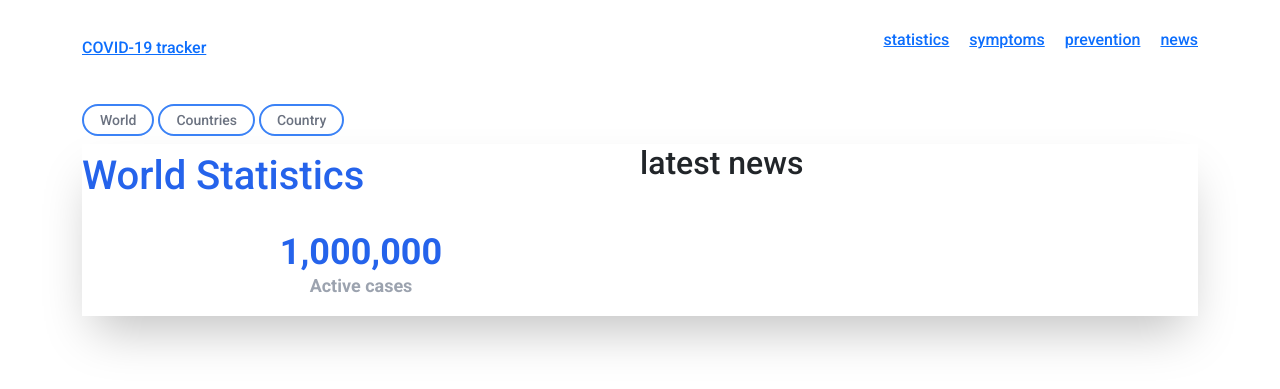
Repository: latenightsnacc/covid-19tracker
Page: design/index.html
An editor plug-in stored every save of this project. The page is shown before and after the next save, followed by the edit.
The browser window is 1280 px wide. The pictures show the whole page.
Some web libraries are served in a nearby version.

Above is the page before, as saved 2021-07-22 16:33:53.

### design/index.html
<!DOCTYPE html>
<html lang="en">
<head>
    <meta charset="UTF-8">
    <meta http-equiv="X-UA-Compatible" content="IE=edge">
    <meta name="viewport" content="width=device-width, initial-scale=1.0">
    <!--Tailwind Css-->
    <link href="https://unpkg.com/tailwindcss@^2/dist/tailwind.min.css" rel="stylesheet">
    <!--Bootstrap CSS-->
    <link href="https://cdn.jsdelivr.net/npm/bootstrap@5.0.0-beta3/dist/css/bootstrap.min.css" rel="stylesheet" integrity="sha384-eOJMYsd53ii+scO/bJGFsiCZc+5NDVN2yr8+0RDqr0Ql0h+rP48ckxlpbzKgwra6" crossorigin="anonymous">
    <!--Font Awesome 5 CDN-->
    <link href="https://cdnjs.cloudflare.com/ajax/libs/font-awesome/5.13.0/css/all.min.css" rel="stylesheet">
    <!--Roboto: Google Font-->
    <link rel="preconnect" href="https://fonts.googleapis.com">
<link rel="preconnect" href="https://fonts.gstatic.com" crossorigin>
<link href="https://fonts.googleapis.com/css2?family=Roboto:wght@300;500;700&display=swap" rel="stylesheet">
    <title>COVID-19 Tracker</title>
    <style>
        * {
            font-family: 'Roboto', sans-serif;
        }
        #coco {

            fill: rgb(1, 1, 58);
            stroke: rgb(95, 4, 80);
            stroke-width: 5px;
            animation: virus-spin infinite 20s linear;

        }

        @keyframes virus-spin {
            from {
                /* transform: rotate(0deg); */
                transform: rotateZ(0deg);
            }
            to {
                transform: rotateZ(-360deg);
            }
        }

    </style>
</head>
<body>
    <main class="m-auto">
        <!--Navigation Component-->
        <div class="container">
            <nav class="flex justify-between w-100 items-center h-24">
                <a href="index.html">
                    <div>COVID-19 tracker</div>
                </a>
                <ul class="flex">
                    <li>
                        <a href="">statistics</a>
                    </li>
                    <li class="ml-5">
                        <a href="">symptoms</a>
                    </li>
                    <li class="ml-5">
                        <a href="">prevention</a>
                    </li>
                    <li class="ml-5">
                        <a href="">news</a>
                    </li>
                </ul>
            </nav>
        </div>

        <div class="container">
            <div class="tags py-2">
                <button class="border-2 border-blue-500 px-3 py-1 rounded-2xl text-gray-500 hover:bg-blue-500 hover:text-white text-mute text-sm capitalize">world</button>
                <button class="border-2 border-blue-500 px-3 py-1 rounded-2xl text-gray-500 hover:bg-blue-500 hover:text-white text-mute text-sm capitalize">countries</button>
                <button class="border-2 border-blue-500 px-3 py-1 rounded-2xl text-gray-500 hover:bg-blue-500 hover:text-white text-mute text-sm capitalize">country</button>
            </div>
            <div class="flex flex-col md:flex-row  shadow-2xl">

                <div class="w-100 md:w-1/2">
                    <h1 class="text-blue-600 text-left py-2">World Statistics</h1>
                    <div class="stats">
                        <div class="w-56 flex flex-col items-center justify-center p-3 m-auto">
                            <span class="text-4xl text-blue-600 font-bold">1,000,000</span>
                            <span class="text-lg text-gray-400 font-bold">Active cases</span> </div>
                    </div>

                </div>
                <div class="w-100 md:w-1/2">
                    <h2>latest news</h2>

                </div>

            </div>
        </div>
    </main>
</body>
</html>

After the next save:
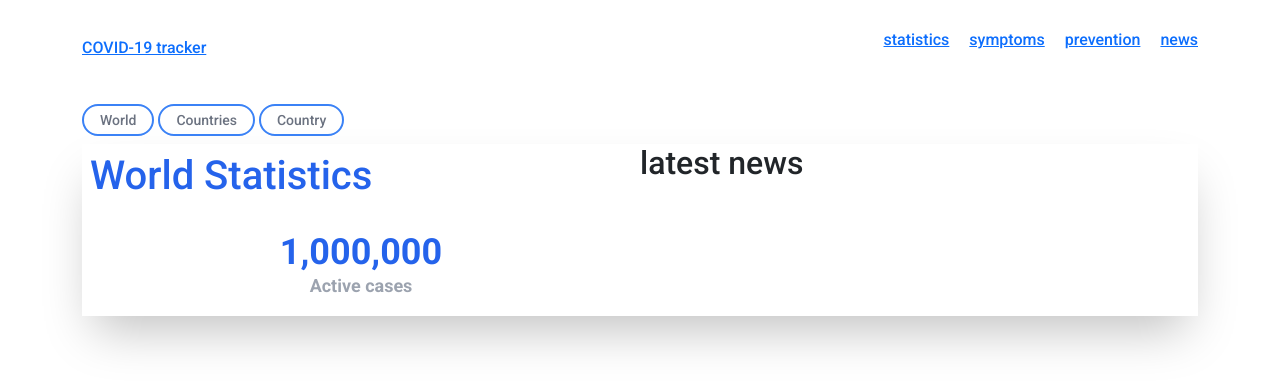
Saved 115 s later.
--- a/design/index.html
+++ b/design/index.html
@@ -74,7 +74,7 @@
             <div class="flex flex-col md:flex-row  shadow-2xl">
 
                 <div class="w-100 md:w-1/2">
-                    <h1 class="text-blue-600 text-left py-2">World Statistics</h1>
+                    <h1 class="text-blue-600 text-left p-2">World Statistics</h1>
                     <div class="stats">
                         <div class="w-56 flex flex-col items-center justify-center p-3 m-auto">
                             <span class="text-4xl text-blue-600 font-bold">1,000,000</span>

After the save that followed:
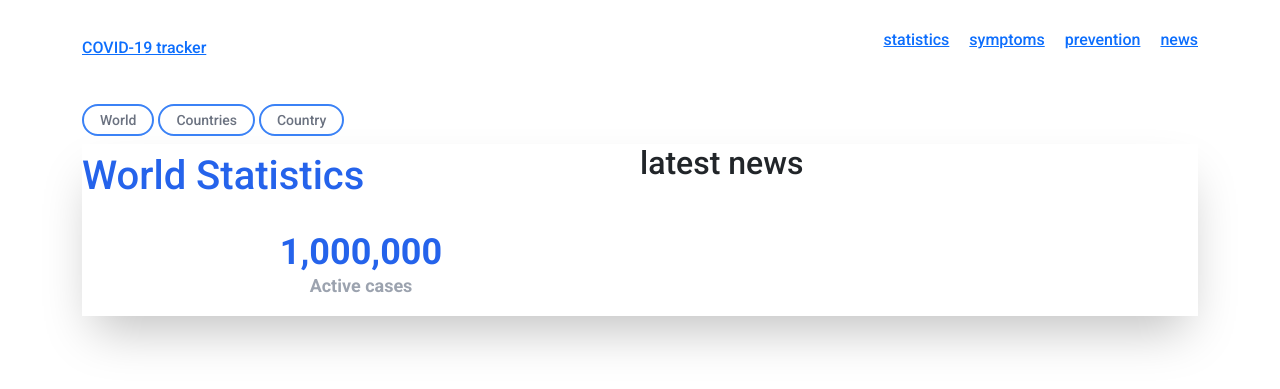
Saved 18 s later.
--- a/design/index.html
+++ b/design/index.html
@@ -74,7 +74,7 @@
             <div class="flex flex-col md:flex-row  shadow-2xl">
 
                 <div class="w-100 md:w-1/2">
-                    <h1 class="text-blue-600 text-left p-2">World Statistics</h1>
+                    <h1 class="text-blue-600 text-cener py-2">World Statistics</h1>
                     <div class="stats">
                         <div class="w-56 flex flex-col items-center justify-center p-3 m-auto">
                             <span class="text-4xl text-blue-600 font-bold">1,000,000</span>
